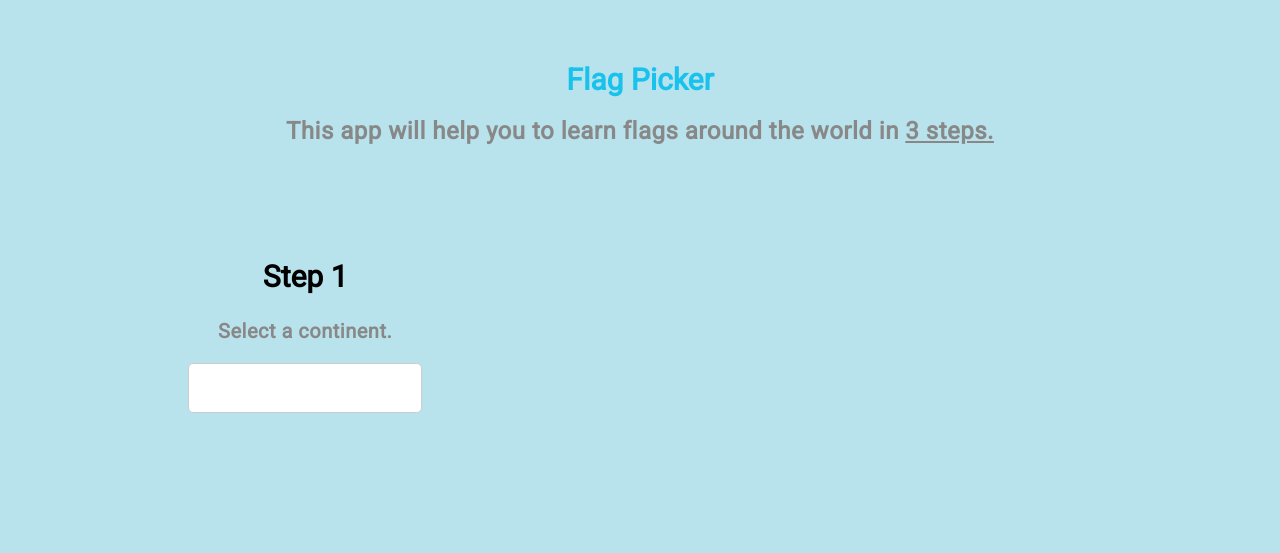
Repository: paras-shah/flag-app
Page: /
These files come from the project's save history. The page is drawn as it stood at one moment and after the next save; the edit follows.
The browser window is 1280 px wide. The pictures show the whole page.
The project was rebuilt for these pictures with package versions that can differ from the ones it lists, and the page was loaded fresh each time.

Above is the page before, as saved 2020-02-12 00:41:48.

### public/index.html
<!DOCTYPE html>
<html lang="en">
  <head>
    <meta charset="utf-8" />
    <link rel="icon" href="%PUBLIC_URL%/favicon.ico" />
    <meta name="viewport" content="width=device-width, initial-scale=1" />
    <meta name="theme-color" content="#000000" />
    <meta
      name="description"
      content="Web site created using create-react-app"
    />
    <link rel="apple-touch-icon" href="%PUBLIC_URL%/logo192.png" />
    <link href="https://fonts.googleapis.com/css?family=Roboto&display=swap" rel="stylesheet">
    <!--
      manifest.json provides metadata used when your web app is installed on a
      user's mobile device or desktop. See https://developers.google.com/web/fundamentals/web-app-manifest/
    -->
    <link rel="manifest" href="%PUBLIC_URL%/manifest.json" />
    <!--
      Notice the use of %PUBLIC_URL% in the tags above.
      It will be replaced with the URL of the `public` folder during the build.
      Only files inside the `public` folder can be referenced from the HTML.

      Unlike "/favicon.ico" or "favicon.ico", "%PUBLIC_URL%/favicon.ico" will
      work correctly both with client-side routing and a non-root public URL.
      Learn how to configure a non-root public URL by running `npm run build`.
    -->
    <title>Flag App</title>
  </head>
  <body>
    <noscript>You need to enable JavaScript to run this app.</noscript>
    <div id="root"></div>
    <!--
      This HTML file is a template.
      If you open it directly in the browser, you will see an empty page.

      You can add webfonts, meta tags, or analytics to this file.
      The build step will place the bundled scripts into the <body> tag.

      To begin the development, run `npm start` or `yarn start`.
      To create a production bundle, use `npm run build` or `yarn build`.
    -->
  </body>
</html>

### src/index.js
import React from 'react';
import ReactDOM from 'react-dom';

import './style/normalize.css';
import './style/index.css';

import App from './App';

ReactDOM.render(<App />, document.getElementById('root'));

### src/style/index.css
*{
	box-sizing: border-box;
}

body {
	margin: 0;
	font-family: -apple-system, BlinkMacSystemFont, "Segoe UI", "Roboto",
		"Oxygen", "Ubuntu", "Cantarell", "Fira Sans", "Droid Sans",
		"Helvetica Neue", sans-serif;
	-webkit-font-smoothing: antialiased;
	-moz-osx-font-smoothing: grayscale;
	background-color: rgb(184, 226, 236);
}

.app-main {
	margin: 1% auto;
	padding: 10px;
	text-align: center;
	width: 80%;
	font-family: "Roboto";
}

header {
	margin: 4% auto;
}

.main-text {
	font-size: 30px;
}

h1.main-text {
	color: rgb(25, 194, 236);
	font-size: 30px;
}

.sub-text {
	font-size: 24px;
	color: #888;
	letter-spacing: 0.5px;
}

h2 span {
	text-decoration: underline;
}

/* content */
.app-content {
	display: flex;
	flex-direction: row;
	justify-content: flex-start;
}

.app-content .column {
	width: 33.3%;
	padding: 5%;
}

.column-sub-text {
	font-size: 20px;
	color: #888;
	letter-spacing: 0.5px;
}

### src/App.js
import React from 'react';

// Components
import Search from "./components/Search";

// Config
import COPY from "./config/copy";
import flagData from "./config/continents.json";


class App extends React.Component {
  constructor(props) {
    super(props);

    this.state = {
      continentList: [],
      selectedContinentCountryList: [],

      selectedContinentIndex: -1,
      selectedCountry: null,
    }
  }

  componentDidMount() {
    if (flagData) {
      const continentArray = this.getContinentList();
      this.setState({ ...this.state, continentList: continentArray });
    }
  }

  // on
  onContinentSelect = (selectedValueIndex) => {
    // get country data
    const countryList = this.getContinentSpecificCountriesList(selectedValueIndex);
    this.setState({...this.state,
      selectedContinentIndex: selectedValueIndex,
      selectedContinentCountryList: countryList
    });
  }

  onCountrySelect = (selectedValueIndex) => {
    // get country data
    console.log(selectedValueIndex);
  }

  //
  getContinentList = () => {
    return flagData.map((value) => {
      return value["continent"];
    });
  }

  //
  getContinentSpecificCountriesList = (continentIndex) => {
    const { countries } = flagData[continentIndex];
    return countries.map((value) => {
      return value["name"];
    });
  }


  render() {
    const { continentList, selectedContinentIndex } = this.state;
    const selectedContinent = selectedContinentIndex > -1 ? continentList[selectedContinentIndex] : false;

    return (
      <main className="app-main">
        <header className="app-header">
          <h1 className="main-text">{COPY.HEADER_TEXT}</h1>
          <h2 className="sub-text">{COPY.HEADER_SUBTEXT} <span> {COPY.HEADER_SUBTEXT_TWO} </span></h2>
        </header>

        <div className="app-content">
          {/* Continent */}
          <section className="column">
            <h2 className="main-text">{COPY.COLUMN_ONE_HEADING}</h2>
            <h3 className="column-sub-text">{COPY.COLUMN_ONE_SUBTEXT} </h3>

            <Search values={this.state.continentList}
              className="continent-select"
              onSelect={this.onContinentSelect}
            />

            {selectedContinent &&
              <>
                <p className="column-sub-text">
                  {COPY.SELECTED}
                </p>
                <p className="main-text">
                  {continentList[selectedContinentIndex]}
                </p>
              </>
            }
          </section>

          {/* Country */}
          {selectedContinent &&
            <section className="column">
              <h2 className="main-text">{COPY.COLUMN_TWO_HEADING}</h2>
              <h3 className="column-sub-text">{COPY.COLUMN_TWO_SUBTEXT} </h3>
              <Search values={this.state.selectedContinentCountryList}
                className="country-select"
                onSelect={this.onCountrySelect}
                multiSelect={false}
              />
            </section>
          }

          {/* Flag Column */}
          <section className="column">

          </section>

        </div>
      </main>
    );
  }
}

export default App;

### src/components/Search.js
import React from "react";
import "../style/search.css";

class Search extends React.Component {
    constructor(props) {
        super(props);
        this.state = {
            textValue: '',
            allValues: props.values,
            possibleValues: props.values,
            multiSelect: props.multiSelect ? true : false,
            selectedValue: props.multiSelect ? [] : '',
            showAvailableOption: false
        }

        this.onTextChange = this.onTextChange.bind(this);
        this.onFocus = this.onFocus.bind(this);
        this.onFocusOut = this.onFocusOut.bind(this);
        this.onSelect = this.onSelect.bind(this);
    }

    componentDidUpdate(prevProps) {

        if (this.props.values && prevProps.values && this.props.values[0] !== prevProps.values[0]) {
            this.setState({
                allValues: this.props.values,
                possibleValues: this.props.values,
            })
        }
        if (this.props.selectType && prevProps.selectType && this.props.selectType !== prevProps.selectType) {
            this.setState({
                selectType: this.props.selectType
            })
        }
    }

    onTextChange = (event) => {
        // batch call
        this.setState({ textValue: event.target.value });
        this.updatePossibleValues(event.target.value);
    }

    onFocus = () => {
        this.setState({ showAvailableOption: true });
    }

    onFocusOut = () => {
        // this.setState({ showAvailableOption: false });
    }

    onSelect = (selectedValue) => {
        const { allValues } = this.state;
        const selectedValueIndex = allValues.indexOf(selectedValue);
        this.setState({ selectedValue: selectedValueIndex, showAvailableOption: false });
        this.props.onSelect(selectedValueIndex);
    }

    updatePossibleValues = (textValue) => {
        const { allValues } = this.state;

        const filteredValues =
            allValues.filter(value => value.toLowerCase().indexOf(textValue.toLowerCase()) > -1);
        this.setState({ possibleValues: filteredValues });
    }

    showOptions = () => {
        const possibleValues = this.state.possibleValues;
        if (possibleValues.length >= 0) {
            return possibleValues.map((value, index) => {
                return (<li key={index} onClick={() => { this.onSelect(value) }}>
                    {value}
                </li>);
            })
        } else {
            return '';
        }
    }

    render() {
        const { showAvailableOption, multiSelect } = this.state;
        const classes = `search-box ${this.props.className} ${(multiSelect?'multi-select':'')}`;

        return (
            <div className={classes}>
                <input type="text" value={this.state.textValue}
                    onFocus={this.onFocus}
                    onChange={this.onTextChange}
                    onBlur={this.onFocusOut}
                />
                {showAvailableOption &&
                    <ul>
                        {this.showOptions()}
                    </ul>
                }
            </div>
        );
    }
}

export default Search;

### src/config/copy.js
export default {
    HEADER_TEXT : "Flag Picker",
    HEADER_SUBTEXT : "This app will help you to learn flags around the world in",
    HEADER_SUBTEXT_TWO : "3 steps.",

    COLUMN_ONE_HEADING:"Step 1",
    COLUMN_ONE_SUBTEXT:"Select a continent.",

    COLUMN_TWO_HEADING:"Step 2",
    COLUMN_TWO_SUBTEXT:"Now, select a country.",

    COLUMN_THREE_HEADING:"Step 3",
    COLUMN_THREE_SUBTEXT:"Flags.",

    SELECTED:"You selected",



};

### src/config/continents.json
[
	{
		"continent": "Africa",
		"countries": [
			{
				"name": "Nigeria",
				"flag": "🇳🇬"
			},
			{
				"name": "Ethiopia",
				"flag": "🇪🇹"
			},
			{
				"name": "Egypt",
				"flag": "🇪🇬"
			},
			{
				"name": "DR Congo",
				"flag": "🇨🇩"
			},
			{
				"name": "South Africa",
				"flag": "🇿🇦"
			}
		]
	},
	{
		"continent": "America",
		"countries": [
			{
				"name": "USA",
				"flag": "🇺🇸"
			},
			{
				"name": "Brazil",
				"flag": "🇧🇷"
			},
			{
				"name": "Mexico",
				"flag": "🇲🇽"
			},
			{
				"name": "Colombia",
				"flag": "🇨🇴"
			},
			{
				"name": "Argentina",
				"flag": "🇦🇷"
			}
		]
	},
	{
		"continent": "Asia",
		"countries": [
			{
				"name": "China",
				"flag": "🇨🇳"
			},
			{
				"name": "India",
				"flag": "🇮🇳"
			},
			{
				"name": "Indonesia",
				"flag": "🇮🇩"
			},
			{
				"name": "Pakistan",
				"flag": "🇵🇰"
			},
			{
				"name": "Bangladesh",
				"flag": "🇧🇩"
			}
		]
	},
	{
		"continent": "Europe",
		"countries": [
			{
				"name": "Russia",
				"flag": "🇷🇺"
			},
			{
				"name": "Germany",
				"flag": "🇩🇪"
			},
			{
				"name": "UK",
				"flag": "🇬🇧"
			},
			{
				"name": "France",
				"flag": "🇫🇷"
			},
			{
				"name": "Italy",
				"flag": "🇮🇹"
			}
		]
	},
	{
		"continent": "Oceania",
		"countries": [
			{
				"name": "Australia",
				"flag": "🇦🇺"
			},
			{
				"name": "Papua New Guinea",
				"flag": "🇵🇬"
			},
			{
				"name": "New Zealand",
				"flag": "🇳🇿"
			},
			{
				"name": "Fiji",
				"flag": "🇫🇯"
			},
			{
				"name": "Solomon Islands",
				"flag": "🇸🇧"
			}
		]
	}
]

### src/style/search.css
.search-box {
	position: relative;
}

.search-box input, li {
	width: 100%;
	height: 50px;
	border: solid 1px #ccc;
	border-radius: 5px;
	font-size: 20px;
	line-height: 50px;
	padding: 5px;
	box-sizing: border-box;
}

.search-box ul {
	display: inline-block;
    margin: 0px;
    list-style: none;
    padding: 0px;
	width: 100%;
	position: absolute;
    top: 50px;
    left: 0px;
}

.search-box li {
	background-color: white;
	text-align: center;
	text-transform: capitalize;
	cursor: pointer;
}

Loaded but not shown: src/style/normalize.css (library)

After the next save:
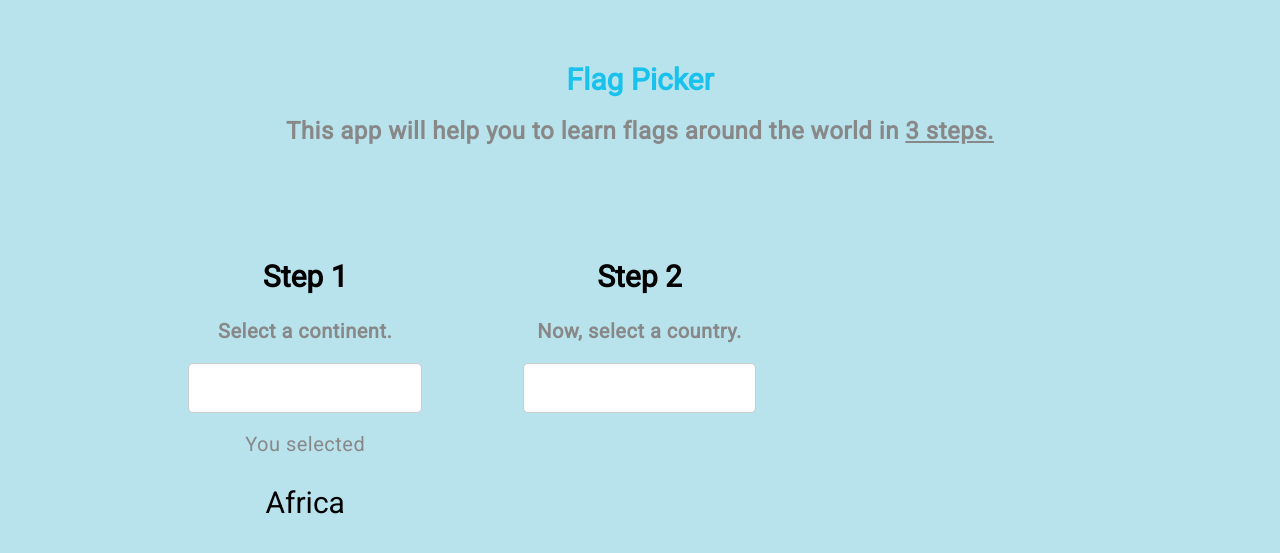
Saved 22 s later.
--- a/src/App.js
+++ b/src/App.js
@@ -16,7 +16,7 @@
       continentList: [],
       selectedContinentCountryList: [],
 
-      selectedContinentIndex: -1,
+      selectedContinentIndex: 0,//-1,
       selectedCountry: null,
     }
   }

After the save that followed:
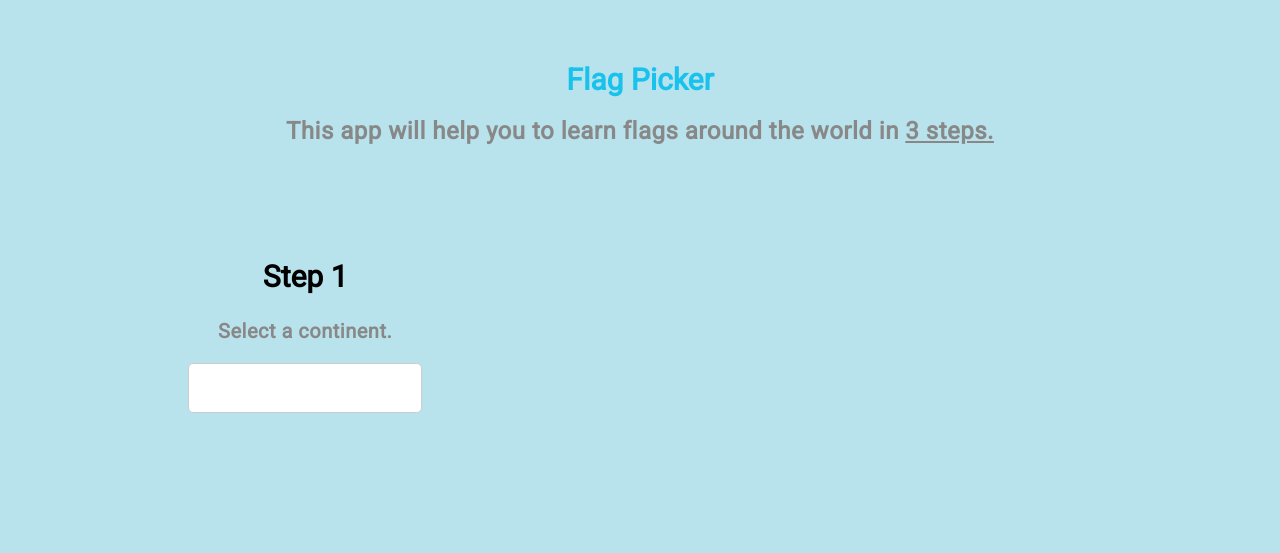
Saved 116 s later.
--- a/src/App.js
+++ b/src/App.js
@@ -16,7 +16,7 @@
       continentList: [],
       selectedContinentCountryList: [],
 
-      selectedContinentIndex: 0,//-1,
+      selectedContinentIndex: -1,
       selectedCountry: null,
     }
   }
@@ -26,6 +26,12 @@
       const continentArray = this.getContinentList();
       this.setState({ ...this.state, continentList: continentArray });
     }
+    ///
+    const countryList = this.getContinentSpecificCountriesList(1);
+    this.setState({...this.state,
+      selectedContinentIndex: 1,
+      selectedContinentCountryList: countryList
+    });
   }
 
   // on
